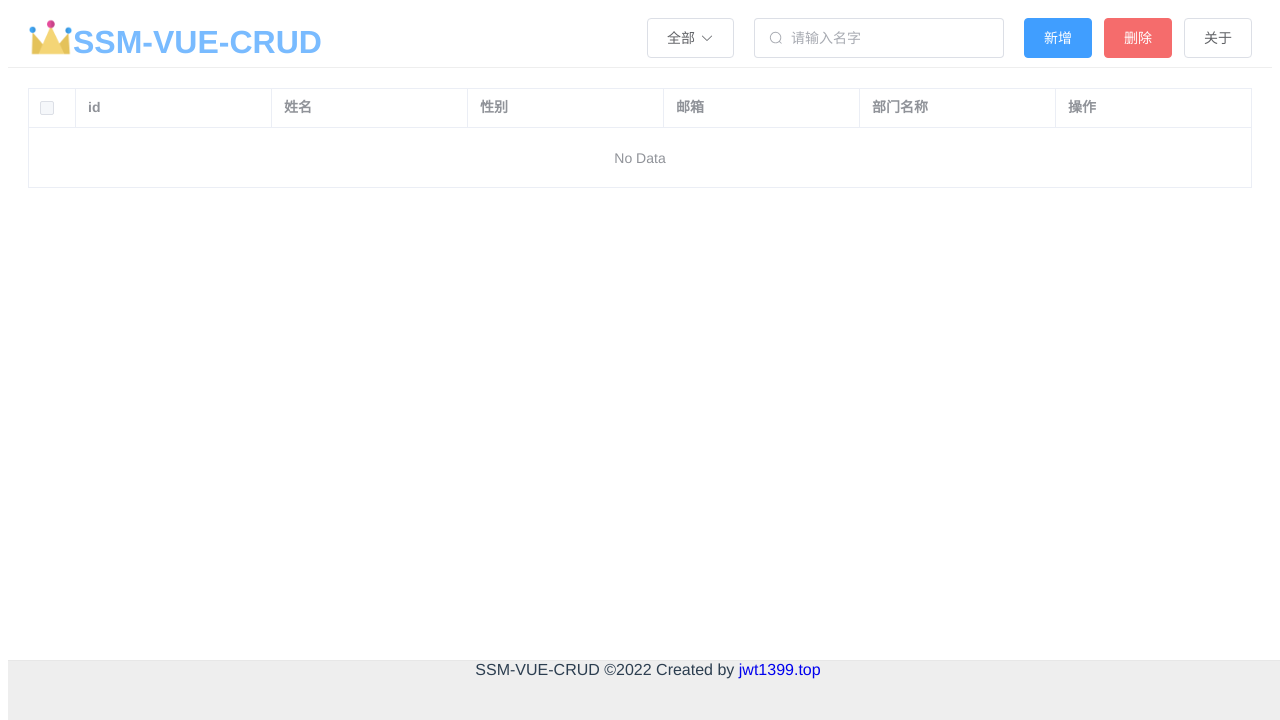
Repository: jwt1399/ssm-vue-crud
Page: / (app in ssm-crud-front/)
The author's editor kept a copy of each file at every save. The page is drawn from the files as they stood at one save, then again after the next save.
The browser window is 1280 px wide. The pictures show the whole page.
The project was rebuilt for these pictures with package versions that can differ from the ones it lists, and the page was loaded fresh each time. Also part of the build but not shown: ssm-crud-front/vue.config.js.

Above is the page before, as saved 2022-06-09 12:54:34.

### ssm-crud-front/public/index.html
<!DOCTYPE html>
<html lang="zh-Hans">
  <head>
    <meta charset="utf-8">
    <meta http-equiv="X-UA-Compatible" content="IE=edge">
    <meta name="viewport" content="width=device-width,initial-scale=1.0">
    <link rel="icon" href="<%= BASE_URL %>favicon.png">
    <title><%= htmlWebpackPlugin.options.title %></title>
  </head>
  <body>
    <noscript>
      <strong>We're sorry but <%= htmlWebpackPlugin.options.title %> doesn't work properly without JavaScript enabled. Please enable it to continue.</strong>
    </noscript>
    <div id="app"></div>
    <!-- built files will be auto injected -->
  </body>
</html>

### ssm-crud-front/src/main.js
import { createApp } from 'vue'
import App from './App.vue'
import router from './router'
import ElementPlus from 'element-plus'
import 'element-plus/dist/index.css'
import * as ElementPlusIconsVue from '@element-plus/icons-vue'

const app = createApp(App)

//配置全局icon
for (const [key, component] of Object.entries(ElementPlusIconsVue)) {
    app.component(key, component)
  }

app.use(router).use(ElementPlus).mount('#app')

### ssm-crud-front/src/App.vue
<template>
  <Header/>
  <router-view/>
  <Footer/>
</template>

<script>
import Header from '@/components/Header.vue'
import Footer from '@/components/Footer.vue'
export default {
    components: {
        Header,
        Footer,
    }
}
</script>

<style>
#app {
  font-family: Avenir, Helvetica, Arial, sans-serif;
  -webkit-font-smoothing: antialiased;
  -moz-osx-font-smoothing: grayscale;
  text-align: center;
  color: #2c3e50;
}
</style>

### ssm-crud-front/src/router/index.js
import { createRouter, createWebHashHistory } from 'vue-router'
import CrudView from '../views/CrudView.vue'
const routes = [
  {
    path: '/',
    name: 'home',
    component: CrudView
  },
  {
    path: '/about',
    name: 'about',
    // route level code-splitting
    // this generates a separate chunk (about.[hash].js) for this route
    // which is lazy-loaded when the route is visited.
    component: () => import(/* webpackChunkName: "about" */ '../views/AboutView.vue')
  }
]

const router = createRouter({
  history: createWebHashHistory(),
  routes
})

export default router

### ssm-crud-front/src/components/Header.vue
<template>
 <el-header class="header">
    <div class="nav">
        <a href="/" class="nav-link">
            <img src="../assets/favicon.png" alt="logo" class="nav-logo">
            <h1 class="nav-title ">SSM-VUE-CRUD</h1>
        </a>
    </div>
    <div class="nav-item">
        <el-dropdown>
            <el-button size="large">
                全部
                <el-icon class="el-icon--right">
                    <arrow-down />
                </el-icon>
            </el-button>
            <template #dropdown>
                <el-dropdown-menu>
                    <el-dropdown-item>Action 1</el-dropdown-item>
                    <el-dropdown-item>Action 2</el-dropdown-item>
                </el-dropdown-menu>
            </template>
        </el-dropdown>

        <div class="nav-search">
            <el-input
            placeholder="请输入名字"
            v-model="search"
            size="large"
            @change="searchChange"
            clearable >
                <template #prefix>
                    <el-icon class="el-input__icon"><search /></el-icon>
                </template>
            </el-input>

        </div>
        <el-button type="primary" size="large" @click="addEmployee()">新增</el-button>
        <el-button type="danger" size="large" @click="batchDeleteEmployee()">删除</el-button>
        <!-- <router-link to='/about'> -->
        <el-button type="default" size="large" @click="skipAbout()">关于</el-button>
        <!-- </router-link> -->
    </div>
</el-header>
</template>

<script>
import { useRouter } from 'vue-router'

export default {
    name: 'Header',
    setup() {
        const router = useRouter()
        const skipAbout = ()=>{
        // window.location.href='#/about';
        // router.push({path:'about'})
        router.push({ name: 'about'})
        }
        return {
            skipAbout,
        }
    },

}


</script>



<style scoped>
.nav-logo {
	height: 45px;
	width: 45px;
	vertical-align: middle;
	display: inline-block;
}

.nav-title {
	font-size: 2rem;
	display: inline-block;
	vertical-align: middle;
	color: #79bbff;
	padding-top: 10px;
}

.nav-item {
	display: flex;
	align-items: center;
}

.nav-search {
	width: 250px;
	margin: 0 20px;
}

.header {
	display: flex;
	align-items: center;
	justify-content: space-between;
	width: 100%;
	border-bottom: 1px solid #eee;
	min-width: 800px;
}



</style>

### ssm-crud-front/src/components/Footer.vue
<template>
<el-footer class="footer">
    <span>SSM-VUE-CRUD ©2022 Created by </span>
    <a href="https://jwt1399.top" style="text-decoration: none;"> jwt1399.top</a>
 </el-footer>
</template>


<script>
export default{
    name:'Footer',
}
</script>

 <style scoped>
.footer {
   /*等于footer的高度 */
    /* margin-top: 60px;  */


    position: fixed;
    text-align: center;
    bottom: 0px;
    width: 100%;
    /* height: 50px; */
    background-color: #eee;
    border-top:1px solid #E7E7E7;
}

</style>

### ssm-crud-front/src/views/CrudView.vue
<template>
    <Form/>
</template>


<script>
import Form from '@/components/Form.vue'
export default {
    name: 'CrudView',
    components: {
        Form,
    }
}
</script>

### ssm-crud-front/src/components/Form.vue
  <template>
    <el-main>
        <div class="data-table">
            <el-table :data="employeeList" border style="width: 100%" v-loading="loading"
                @selection-change="handleSelectionChange">
                <el-table-column type="selection"></el-table-column>
                <el-table-column prop="empId" label="id"></el-table-column>
                <el-table-column prop="empName" label="姓名"></el-table-column>
                <el-table-column prop="gender" label="性别" :formatter="formatterSex"></el-table-column>
                <el-table-column prop="email" label="邮箱"></el-table-column>
                <el-table-column prop="department.deptName" label="部门名称"></el-table-column>

                <el-table-column label="操作">
                    <el-button type="primary" size="large" :icon="Edit" @click="handleEdit(scope.$index, scope.row)"
                        circle>
                    </el-button>

                    <el-button type="danger" size="large" :icon="Delete" @click="handleDelete(scope.$index, scope.row)"
                        circle>
                    </el-button>
                </el-table-column>
            </el-table>
        </div>
        <div class="table-pagination">
            <el-pagination v-model:current-page="pageNum" v-model:page-size="pageSize" :page-sizes="[5, 10, 15, 20]"
                :small="small" :disabled="disabled" :background="background"
                layout="total, sizes, prev, pager, next, jumper" :total="total" @size-change="handleSizeChange"
                @current-change="handleCurrentChange" />
        </div>
    </el-main>

</template>

<script>
export default {
    name:'Form'
}
</script>



<style scoped>
.table-pagination {
	display: flex;
	justify-content: center;
	padding: 20px;
}

</style>

After the next save:
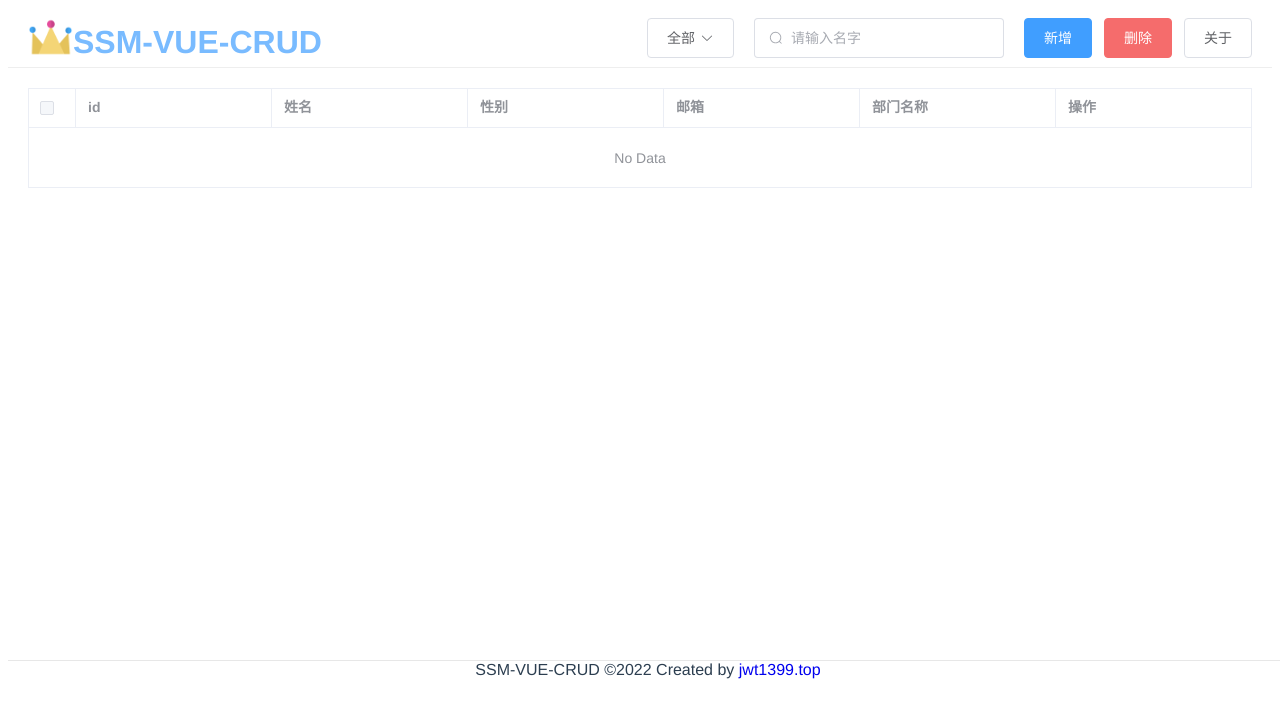
Saved 8 s later.
--- a/ssm-crud-front/src/components/Footer.vue
+++ b/ssm-crud-front/src/components/Footer.vue
@@ -23,7 +23,7 @@ export default{
     bottom: 0px;
     width: 100%;
     /* height: 50px; */
-    background-color: #eee;
+    background-color: #fff;
     border-top:1px solid #E7E7E7;
 }
 
